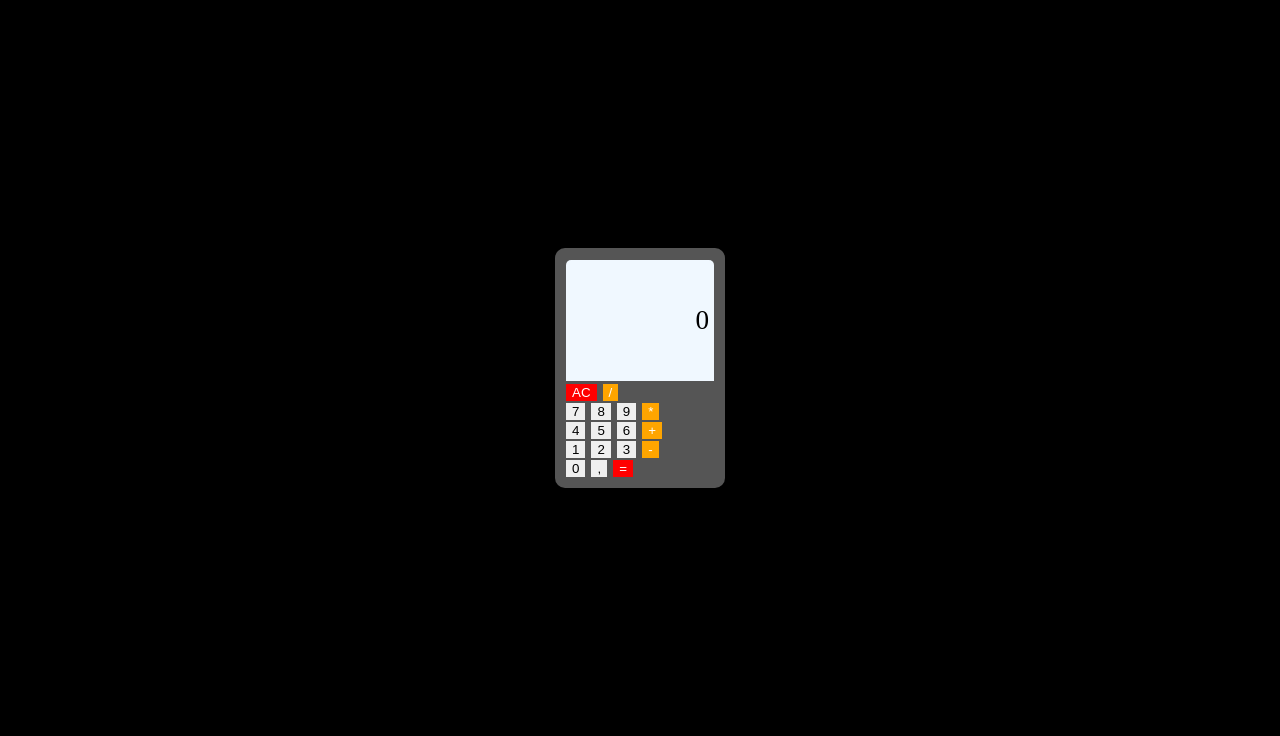
Repository: andersonxoliveira/Aplicacao_Calculadora
Page: /
An editor plug-in stored every save of this project. The page is shown before and after the next save, followed by the edit.
The browser window is 1280 px wide. The pictures show the whole page.
The project was rebuilt for these pictures with package versions that can differ from the ones it lists, and the page was loaded fresh each time. Also part of the build but not shown: svelte.config.js, vite.config.ts.

Above is the page before, as saved 2022-06-26 20:48:08.

### src/App.svelte
<script lang="ts">
import Calculadora from "./components/Calculadora.svelte";


</script>

<main>
        <Calculadora />
</main>

<style>
:global(body) {
  background-color: black;
}

  :root {
    --cor-fundo: #555 ;
    font-family: -apple-system, BlinkMacSystemFont, 'Segoe UI', Roboto, Oxygen,
      Ubuntu, Cantarell, 'Open Sans', 'Helvetica Neue', sans-serif,;
  }

  main {
   display: flex;
   justify-content: center;
   align-items: center;
   height:  100vh;
  }

</style>

### src/components/Calculadora.svelte
<script lang="ts">
import CalculadoraModel from "src/model/CalculadorModel";

import Botao from "./Botao.svelte";
import Display from "./Display.svelte";
import Linha from "./Linha.svelte";

let calc = new CalculadoraModel()

</script>
<div class="calculadora">
 <Display valor= {calc.valor} />
  <Linha >
    <Botao destaque triplo texto="AC"/>
    <Botao operacao texto="/"/>
</Linha>
  <Linha >
             <Botao texto="7" />
             <Botao texto="8"  />
              <Botao texto="9"  />
              <Botao operacao texto="*"/>
      </Linha>
      <Linha >
        <Botao texto="4"/>
        <Botao texto="5"/>
         <Botao texto="6"/>
         <Botao operacao texto="+"/>
 </Linha>
 <Linha >
  <Botao texto="1"/>
  <Botao texto="2"/>
   <Botao texto="3"/>
   <Botao operacao texto="-"/>
</Linha>
<Linha >
  <Botao duplo texto="0"/>
  <Botao texto=","/>
   <Botao destaque texto="="/>
  </Linha>
</div>

<style>
      .calculadora {
        background-color: var(--cor-fundo);
        height:  220px;
        width:  150px;
        padding:  10px;
        border-radius:  10px;

        display: flex;
        flex-direction:  column;
      }
</style>

### src/model/CalculadorModel.ts
const NAO_LIMPAR_TELA = false

export default class CalculadoraModel {
  #valor: string
  #acumulador: number
  #limparTela: boolean
  #operacao: string

  constructor(vlaor: string = null, acumulador: number = null, operacao: string = null, limpaTela = false) {
    this.#valor = this.valor
    this.#acumulador
    this.#limparTela
    this.#operacao
  }

  get valor () {
    return this.#valor?.replace('.',',') || '0'
  }
  numeroDigitado(novoValor: string) {
    return new CalculadoraModel(
   ( this.#limparTela || !this.#valor) ? novoValor : this.#valor + novoValor,
     this.#acumulador,
      this.#operacao,
      NAO_LIMPAR_TELA
    )
  }
}

const calc = new CalculadoraModel()

### src/components/Botao.svelte
<script lang="ts">
import { text } from "svelte/internal";


      export let texto: string
      export let triplo: boolean = false
      export let duplo: boolean = false
      export let operacao: boolean = false
      export let destaque: boolean = false
      export let onClick: (valor: string) => void = () =>
      {}
</script>

<button class= "botao"
on:click={() => onClick(texto)}
class:triplo class:duplo class:operacao class:destaque>
{texto}
</button>

<style>
        .botao {
            margin:  0;
            border:  1px solid var(--cor-fundo);
              flex-basis:  25%;
        }

          .triplo {
            flex-basis:  75%;
          }

          .duplo {
            flex-basis:  50%;
          }

          .operacao {
           background-color: orange;
           color: white;
          }

          .destaque {
            background-color: red;
            color: white;
          }
</style>

### src/components/Display.svelte
<script lang="ts">
      export let valor: string

      $: tamanhoFonte = valor.length > 20 ? 'pequena' : `s-${valor}`
</script>

<div class={`tela ${tamanhoFonte}`}>
        <span>{valor}</span>
</div>

<style>
  .tela {
    display: flex;
    flex: 1;
    justify-content: flex-end;
    align-items: center;
    padding: 0px 5px;
    font-size: 1.7rem;
    background-color: aliceblue;
    overflow: hidden;
    margin: 2px 1px;
    border-top-right-radius: 5px;
    border-top-left-radius: 5px;
  }

  .s-10 { font-size: 1.4rem;}
  .s-11 { font-size: 1.35rem;}
  .s-12 { font-size: 1.25rem;}
  .s-13 { font-size: 1.15rem;}
  .s-14 { font-size: 1.07rem;}
  .s-15 { font-size: 1.0rem;}
  .s-16 { font-size: 0.93rem;}
  .s-17 { font-size: 0.87rem;}
  .s-18 { font-size: 0.83rem;}
  .s-19 { font-size: 0.78rem;}
  .s-20 { font-size: 0.74rem;}

  .pequena { font-size: 0.6rem ;}
  </style>

### src/components/Linha.svelte
<div class="linha">
        <slot />
</div>

<style>
      .linha {
        display: felx;
      }
</style>

Loaded but not shown: index.html (common file); src/main.ts (common file)

After the next save:
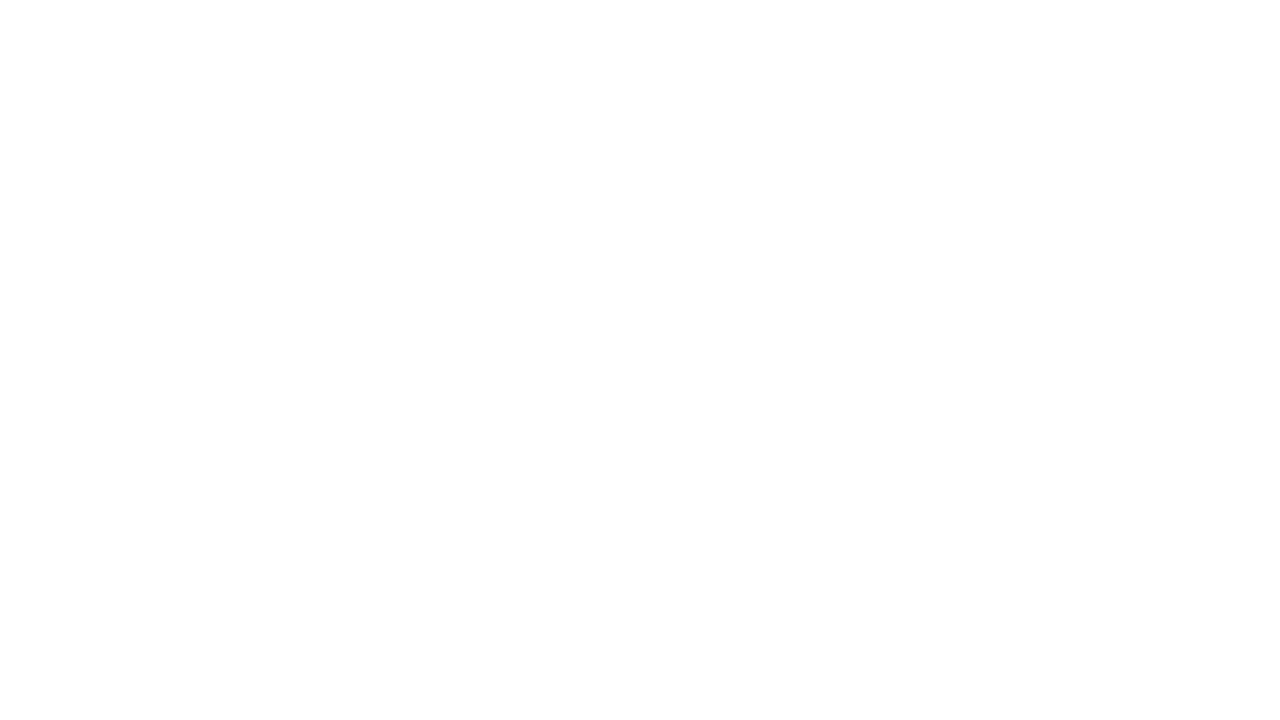
Console error: ReferenceError: valor is not defined
Saved 13 s later.
--- a/src/model/CalculadorModel.ts
+++ b/src/model/CalculadorModel.ts
@@ -7,7 +7,7 @@
   #operacao: string
 
   constructor(vlaor: string = null, acumulador: number = null, operacao: string = null, limpaTela = false) {
-    this.#valor = this.valor
+    this.#valor = valor
     this.#acumulador
     this.#limparTela
     this.#operacao

After the save that followed:
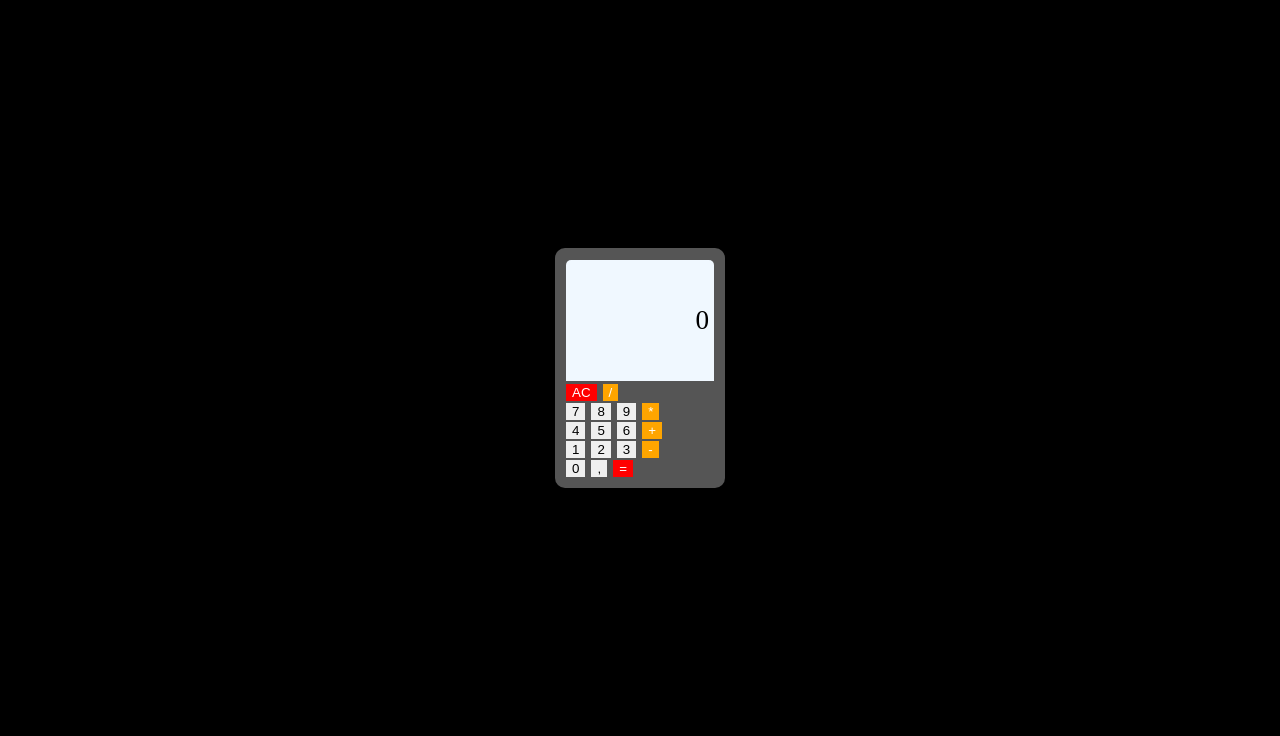
The error is gone.
Saved 4 min 19 s later.
--- a/src/model/CalculadorModel.ts
+++ b/src/model/CalculadorModel.ts
@@ -6,7 +6,7 @@
   #limparTela: boolean
   #operacao: string
 
-  constructor(vlaor: string = null, acumulador: number = null, operacao: string = null, limpaTela = false) {
+  constructor(valor: string = null, acumulador: number = null, operacao: string = null, limpaTela = false) {
     this.#valor = valor
     this.#acumulador
     this.#limparTela
